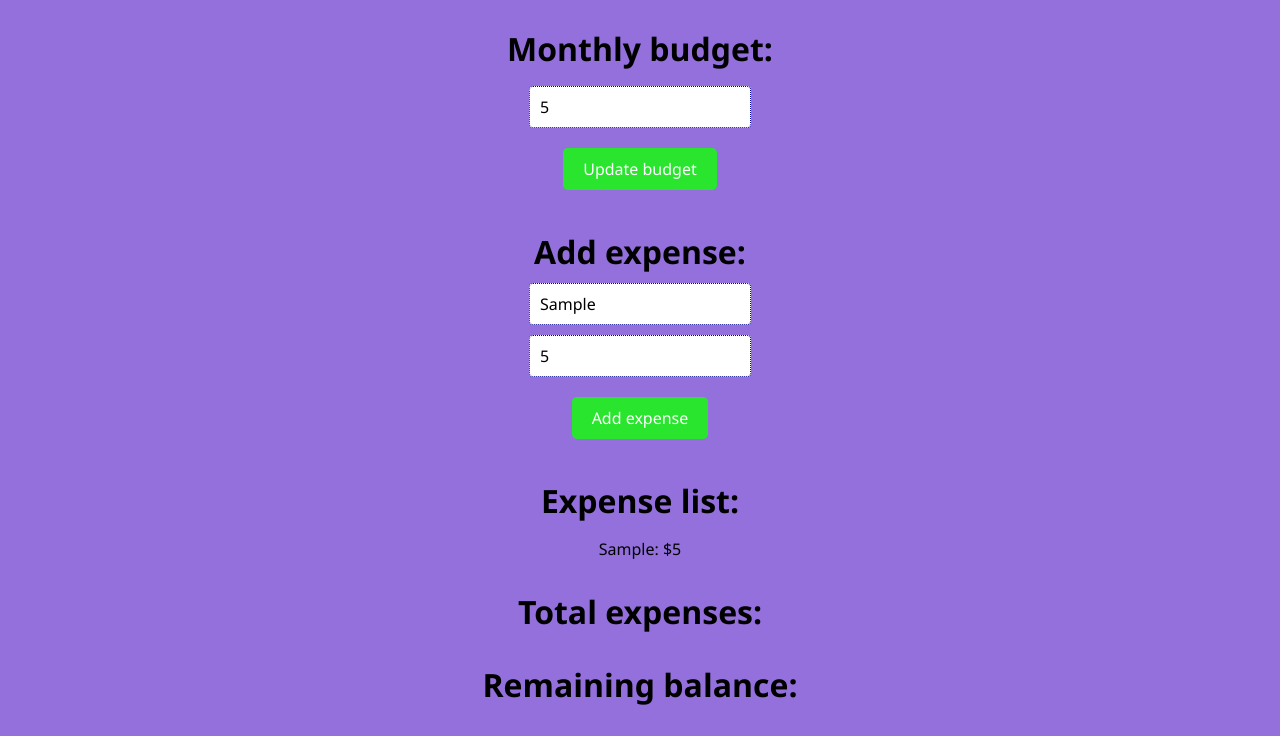
Repository: chelsswylie/GCBudgetAppMarch
Page: index.html
An editor plug-in stored every save of this project. The page is shown before and after the next save, followed by the edit.
The browser window is 1280 px wide. The pictures show the whole page.
Empty fields were first filled with sample values (such as "Sample", 5 or name@example.com).
After loading, the first visible `#add_expense_button` was clicked once.

Above is the page before, as saved 2022-03-31 19:08:12.

### index.html
<!DOCTYPE html>
<html lang="en">
  <head>
    <meta charset="UTF-8" />
    <meta name="viewport" content="width=device-width, initial-scale=1.0" />
    <title>My Budget App</title>
    <link rel="stylesheet" href="styles.css" />
  </head>

  <body>
    <main>
      <section>
        <h1>Monthly budget:</h1>
        <p id="monthly_budget"></p>
        <form>
          <input type="number" id="income_input" placeholder="Monthly income" />
          <button id="update_budget_button">Update budget</button>
        </form>
      </section>
      <section>
        <h1>Add expense:</h1>
        <form>
          <input type="text" id="name_input" placeholder="Expense Name" />
          <input type="number" id="amount_input" placeholder="Expense Amount" />
          <button id="add_expense_button">Add expense</button>
        </form>
      </section>
      <section>
        <h1>Expense list:</h1>
        <div id="expense_list"></div>
      </section>
      <section>
        <h1>Total expenses:</h1>
        <p id="total_expenses"></p>
      </section>
      <section>
        <h1>Remaining balance:</h1>
        <p id="remaining_balance"></p>
      </section>
    </main>
    <script src="script.js"></script>
  </body>
</html>

<!-- This is also a comment -->

### styles.css
body {
  font-family: "Segoe Ui", Tahoma, sans-serif;
  background-color: mediumpurple;
}

main {
  margin: auto;
  width: 60%;
  text-align: center;
}

section {
  margin-bottom: 30px;
}

h1 {
  font-size: 2em;
  margin-bottom: 0px;
}

input {
  display: block;
  margin: 10px auto;
  width: 200px;
  height: 20px;
  border-radius: 4px;
  border: 1px dotted darkblue;
  font-family: inherit;
  font-size: 1em;
  padding: 10px;
}

button {
  padding: 10px 20px;
  border-radius: 5px;
  border: none;
  background-color: #2e2e;
  color: white;
  font-family: inherit;
  font-size: 1em;
  margin: 10px;
}

button:hover {
  color: white;
  background-color: darkgreen;
}

.red {
  color: orangered;
}

.green {
  color: greenyellow;
}

### script.js
// selectors
let updateBudgetButton = document.querySelector("#update_budget_button");
let addExpenseButton = document.querySelector("#add_expense_button");
let monthlyBudget = document.querySelector("#monthly_budget");
let incomeInput = document.querySelector("#income_input");
let remainingBalance = document.querySelector("#remaining_balance");
let amountInput = document.querySelector("#amount_input");
let nameInput = document.querySelector("#name_input");
let expenseList = document.querySelector("#expense_list");
let totalExpenses = document.querySelector("#total_expenses");

// events
updateBudgetButton.onclick = updateBudget;
addExpenseButton.onclick = addExpense;

// variables
let monthlyIncome = 0;
let expenses = [];
let expenseTotal = 0;
let balance = 0;

// functions
function updateBudget(event) {
  event.preventDefault();
  monthlyIncome = incomeInput.value;
  monthlyBudget.innerText = "$" + monthlyIncome;
  updateBalance();
}

function updateBalance() {
  balance = monthlyIncome - expenseTotal;
  remainingBalance.innerText = "$" + balance;
  if (balance < 0) {
    remainingBalance.classList.remove("green");
    remainingBalance.classList.add("red");
  } else {
    remainingBalance.classList.remove("red");
    remainingBalance.classList.add("green");
  }
}

function addExpense(event) {
  event.preventDefault();
  let expense = {
    name: nameInput.value,
    amount: amountInput.value,
  };
  let newExpense = document.createElement("p");
  newExpense.innerText = expense.name + ": $" + expense.amount;
  expenseList.appendChild(newExpense);
  let expenseAmount = parseInt(amountInput.value);
  expenses.push(expenseAmount);
}

function updateExpenseTotal() {
  expenseTotal = 0;
  for (let i = 0; i < expenses.length; i++) {
    expenseTotal = expenseTotal + expenses[i];
  }
  totalExpenses.innerText = "$" + expenseTotal;
  updateBalance();
}

After the next save:
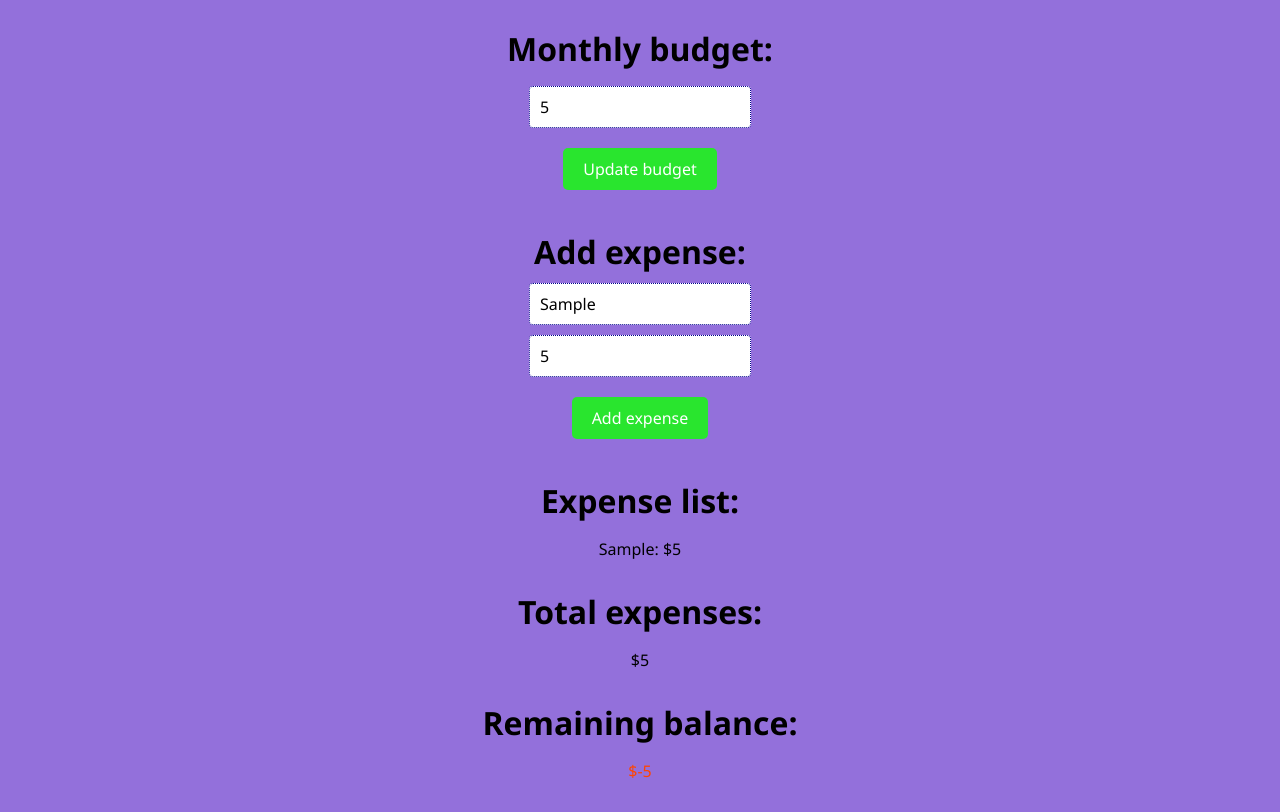
Saved 108 s later.
--- a/script.js
+++ b/script.js
@@ -50,6 +50,7 @@ function addExpense(event) {
   expenseList.appendChild(newExpense);
   let expenseAmount = parseInt(amountInput.value);
   expenses.push(expenseAmount);
+  updateExpenseTotal();
 }
 
 function updateExpenseTotal() {
